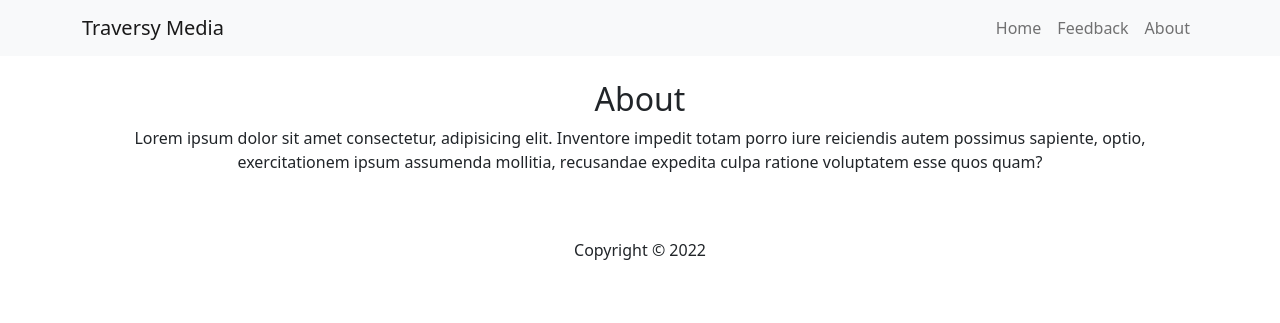
Repository: Haviles04/feedback
Page: http://localhost/about.php
An editor plug-in stored every save of this project. The page is shown before and after the next save, followed by the edit.
The browser window is 1280 px wide. The pictures show the whole page.
The page is run by PHP 8.4 with error messages shown; the project is at /var/www/html/.

Above is the page before, as saved 2024-04-29 18:04:43.

After the next save:
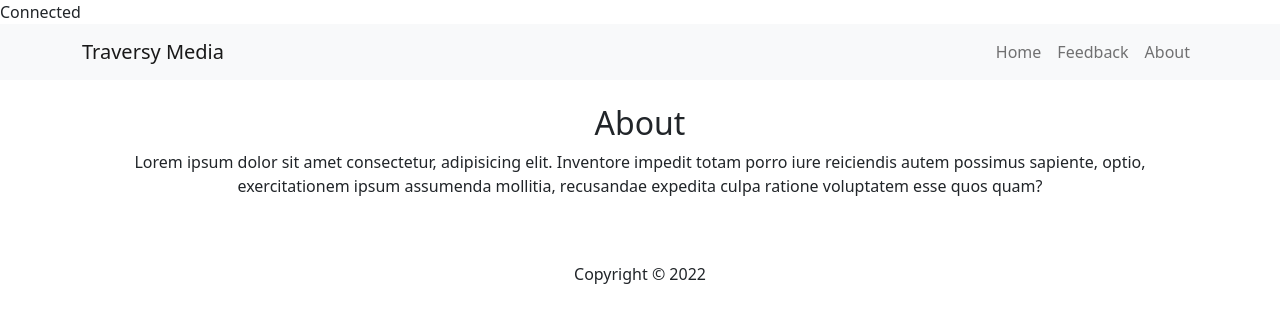
Saved 31 s later.
--- a/inc/header.php
+++ b/inc/header.php
@@ -1,3 +1,6 @@
+<?php include 'config/database.php'; ?>
+
+
 <!DOCTYPE html>
 <html lang="en">
 

After the save that followed:
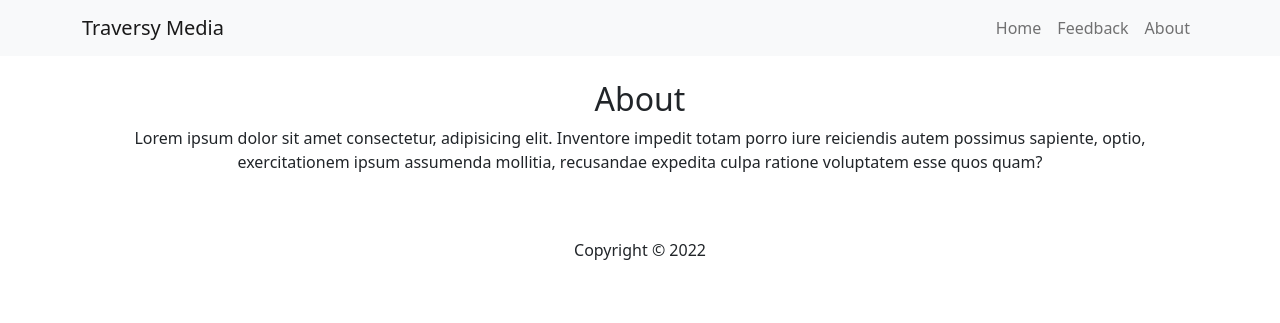
Saved 21 s later.
--- a/config/database.php
+++ b/config/database.php
@@ -9,5 +9,3 @@ $conn = new mysqli(DB_HOST, DB_USER, DB_PASS, DB_NAME);
 if ($conn->connect_error) {
     die('Connection failed' . $conn->connect_error);
 }
-
-echo ('Connected');
